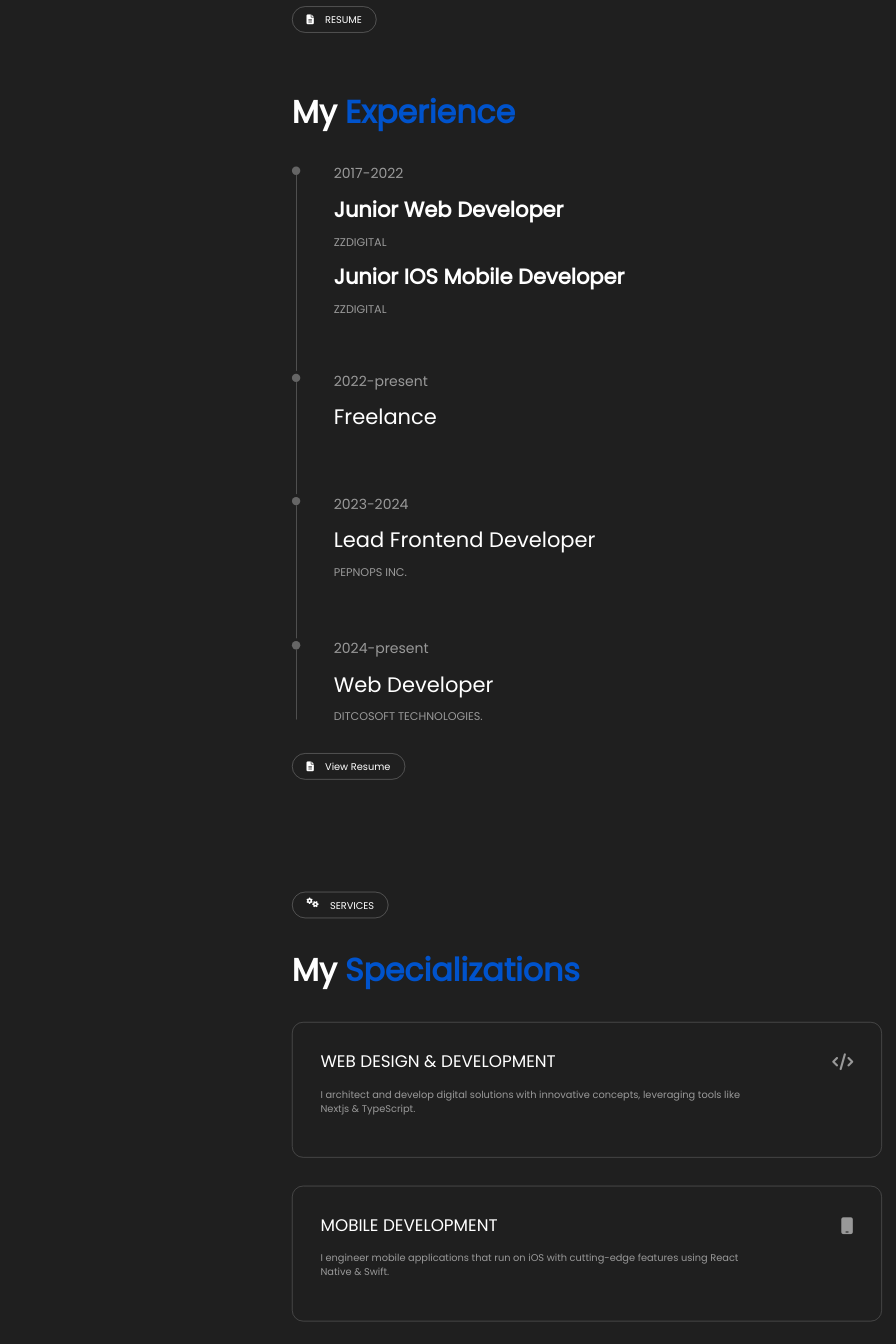
Repository: TheMoeEntity/portfolio-tailwind
Page: /
An editor plug-in stored every save of this project. The page is shown before and after the next save, followed by the edit.
The browser window is 1280 px wide. The pictures show the part of the page from y = 1717 to 3637 px (the page is 7837 px tall before and 7761 px after), at 70% of full size.
Some icons come from a web library that is not loaded, so they are not drawn. The page's requests for data from a server got no answer. Some web libraries are served in a nearby version. The project was rebuilt for these pictures with package versions that can differ from the ones it lists, and the page was loaded fresh each time. The framework's server and built-in components were replaced by stand-ins that run in the browser. No one was signed in, and anything a server would have sent is missing. Also part of the build but not shown: next.config.mjs, app/not-found.tsx, components/Spinner/index.tsx.

Above is the page before, as saved 2024-05-24 07:02:39.

After the next save:
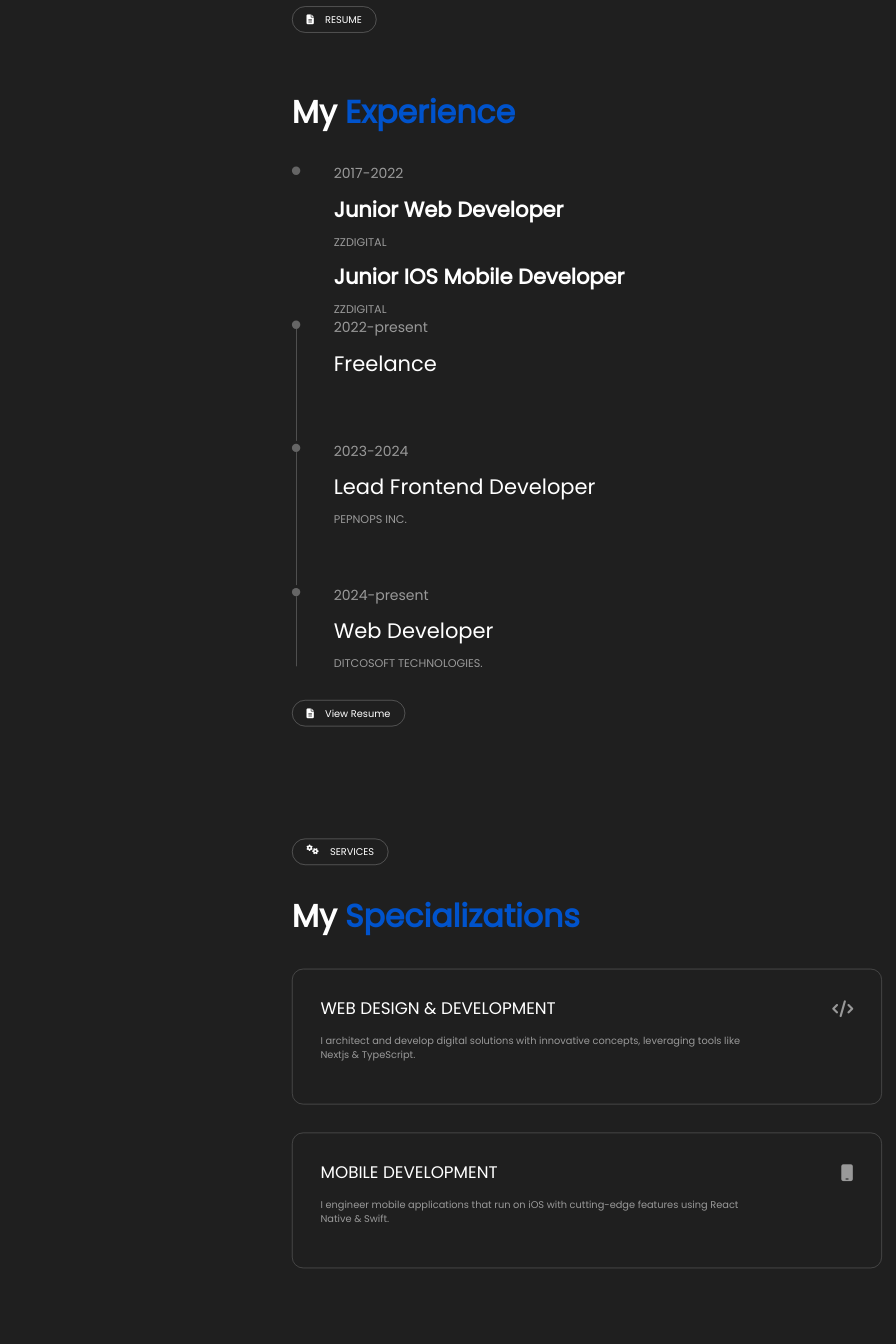
Saved 75 s later.
--- a/components/Experience/index.tsx
+++ b/components/Experience/index.tsx
@@ -26,7 +26,7 @@ const Experience = () => {
                     <div className='flex flex-col'>
                         <div className='flex flex-col justify-center items-center'>
                             <div className="w-3 h-3 rounded-full bg-[#656565] transition-colors duration-700 group-hover:bg-[#0053cc] mt-1"></div>
-                            <div className="bg-[#656565] transition-colors duration-700 group-hover:bg-[#0053cc] h-[280px] w-[0.5px]"></div>
+                            <div className="bg-[#656565] transition-colors duration-700 group-hover:bg-[#0053cc] grouph-[280px] w-[0.5px]"></div>
                         </div>
                         <div></div>
                     </div>
